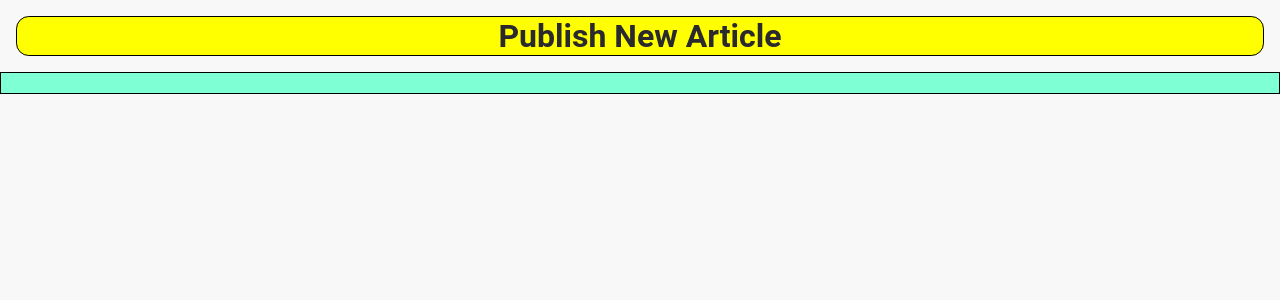
Repository: batmit/publish_articles
Page: /publish
These files come from the project's save history. The page is drawn as it stood at one moment and after a run of saves; the edit follows.
The browser window is 1280 px wide. The pictures show the whole page.
The project was rebuilt for these pictures with package versions that can differ from the ones it lists, and the page was loaded fresh each time. Also part of the build but not shown: src/pages/article.tsx, src/pages/articles.tsx, src/styles/Home.scss, src/pages/Home.tsx.

Above is the page before, as saved 2021-06-29 10:57:04.

After the next 3 saves:
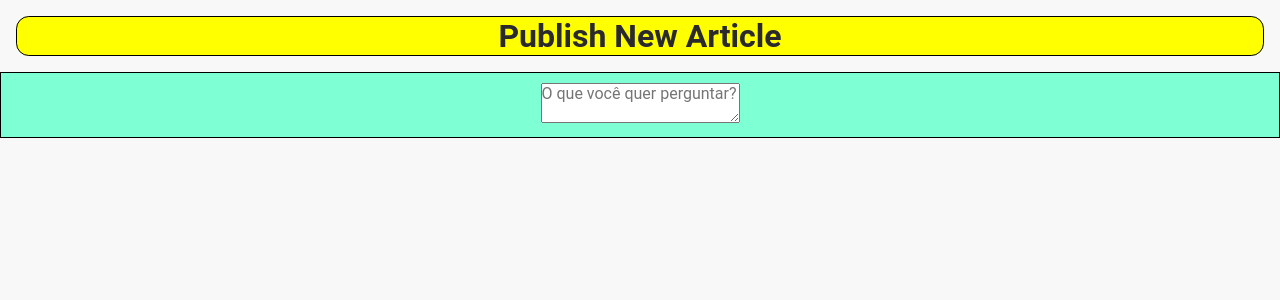
The 3 saves are shown as one change because 2 did not build or start.
The last was saved 39 min 6 s later.
--- a/src/pages/publish_articles.tsx
+++ b/src/pages/publish_articles.tsx
@@ -6,7 +6,14 @@ export function publish_articles() {
             </header>
 
             <main>
+                <form>
+                        <textarea
+                            placeholder="O que você quer perguntar?"
+                            //onChange={event => setNewQuestion(event.target.value)} //sempre que eu mudar vai mandar
+                            // o resultado final vou mandar também
+                        />
 
+                </form>
             </main>
         </>
     );
